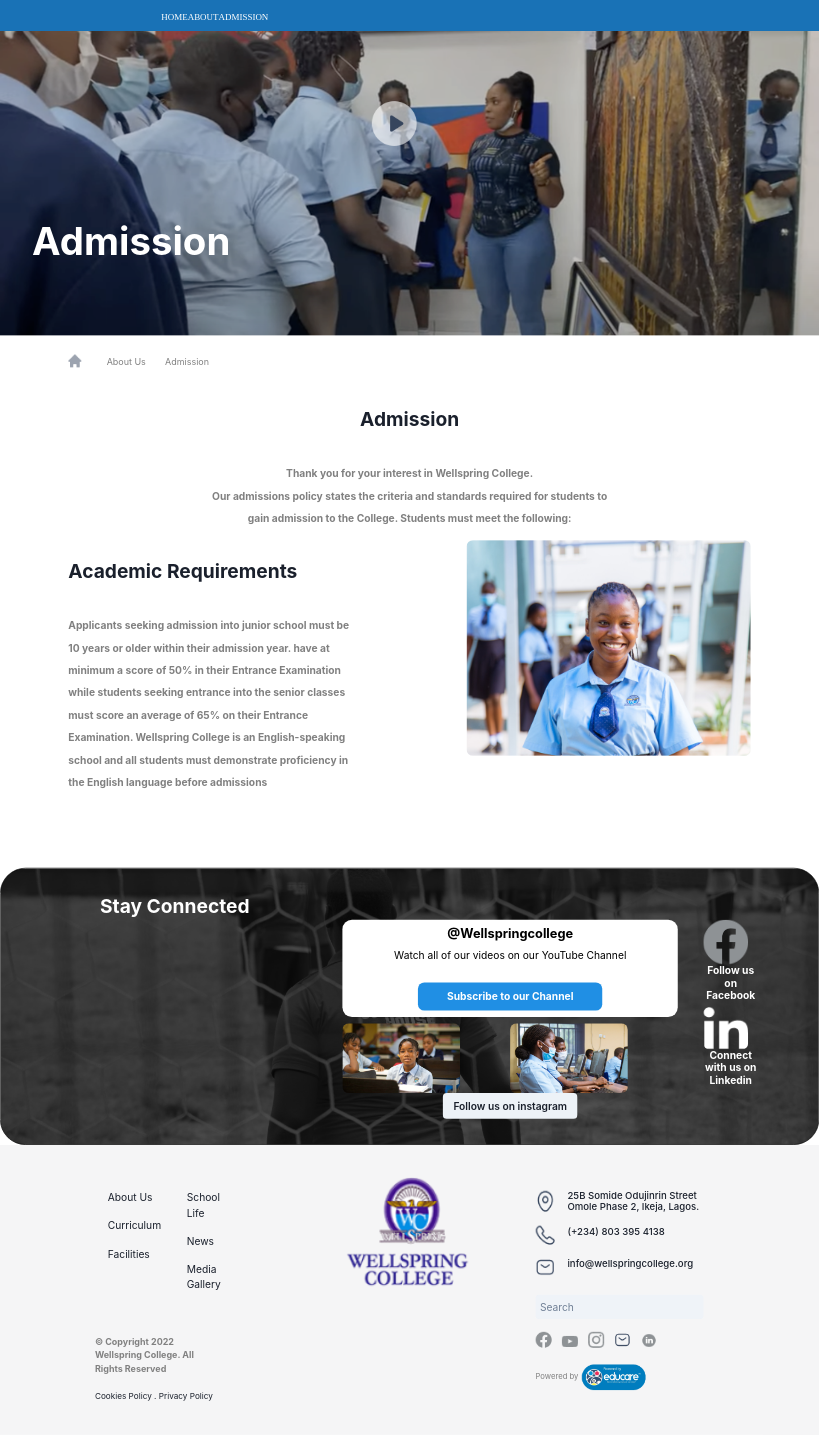
Repository: gr8skills/wellspring-school-forked
Page: /admission
The author's editor kept a copy of each file at every save. The page is drawn from the files as they stood at one save, then again after a run of saves.
The browser window is 1280 px wide. The pictures show the whole page, at 64% of full size.
The project was rebuilt for these pictures with package versions that can differ from the ones it lists, and the page was loaded fresh each time. Also part of the build but not shown: src/components/Navbar/Dropdown.scss, src/components/Navbar/Dropdown.js, src/components/Testimonials/Testimonials.js, src/components/Calendar/Calendar.js, src/components/News/News.js, src/components/WhyWellspring/_why-wellspring.scss, src/components/WhyWellspring/WhyWellspring.js, src/components/AppTab/AppTab.js and 9 more.

Above is the page before, as saved 2022-12-06 19:05:48.

### src/index.css
body {
  /* margin: 0;
  font-family: -apple-system, BlinkMacSystemFont, 'Segoe UI', 'Roboto', 'Oxygen',
    'Ubuntu', 'Cantarell', 'Fira Sans', 'Droid Sans', 'Helvetica Neue',
    sans-serif;
  -webkit-font-smoothing: antialiased;
  -moz-osx-font-smoothing: grayscale; */
}

/* code {
  font-family: source-code-pro, Menlo, Monaco, Consolas, 'Courier New',
    monospace;
} */

### src/App.css
body{
}

.App {
  text-align: center;
    background-color:black;

}

.App-logo {
  height: 40vmin;
  pointer-events: none;
}

@media (prefers-reduced-motion: no-preference) {
  .App-logo {
    animation: App-logo-spin infinite 20s linear;
  }
}


@keyframes App-logo-spin {
  from {
    transform: rotate(0deg);
  }
  to {
    transform: rotate(360deg);
  }
}

### src/components/Navbar/NavBar.module.css


.navCont{
    position: relative;
    /* display: flex; */
    width:25%;
    /* justify-content: space-between; */
    /* margin: 0 auto; */
    /* max-height: 5rem; */
    padding-left:220px;

}

.nav-links{
    font-size:10px !important;
}


.imgCont{
    position: relative;
}

/* .imgContent{
    position: absolute;
    z-index: 1;
    height: 6vw;

} */

/* .btnPortal{
    background-color: #4CA14900;
    color: #fff;
    height: 2.5rem;
    width: 7rem;
    font-size: 18px;
    border-radius: 5px;
    position: relative;
    outline: 0;
    border: 0;
    transition: 1.5s scale linear;
} */

/* .btnPortal:focus{
    outline: 0;
    border: 0;
} */

/* .btnPortal:hover{
    transform: scale(1.02);
    background-color: #4CA149CF;
} */

/* .fIcon{
    width: 30px;
    height: 30px;
    padding: 5px 5px;
    transform: translate(-6px, -1px);
} */

/* @media screen and (max-width: 960px) {
    .navCont{
        position: relative;
        display: flex;
        width: 100%;
        justify-content: space-between;
        margin: 0 auto;
        max-height: 5rem;

    }

    .imgContent{
        position: absolute;
        z-index: 1;
        height: 16vw;

    }

}


 */

### src/components/Navbar/_navbar.scss
@import "../../variables";





.navContainer{
    background:$themecolor;
    min-height: 3rem;
    position: fixed;
    z-index: 1;
    right: 0;
    width: 100%;
    top: 0;
    @media screen and (max-width:620px){
        display:none;
    }
}


.nav-list{
    display: flex;
    max-width: 70%;
    width: 70%;
    justify-content: space-between;
    list-style: none;
    color: #fff;
    font-family: monserat;
    transform: translateY(54%);
    margin: 0 !important;
}

.nav-list li{
    line-height: 25px;
    text-align: center;
    margin: 0;
    font-size: 14px;

}

/* .nav-list li a{
    color: #fff;
} */


.nav-item {
    height: auto;
    justify-content: center;
    display: flex;
}

.menu-icon{
    display: none;
}




.nav-links {
    color: #fff;
    display: flex;
    align-items: center;
    text-decoration: none;
    height: 100%;
    transition: all 0.2s ease-out;

}

.nav-links:hover {
    background-color: #fff;
    text-decoration: none;
    // padding:5px;
    color:$themecolor;
}


@media screen and (max-width: 600px) {
    .ph{
        display: none;
    }

@media screen and (max-width: 960px) {
    .nav-list{
        display: none;
    }
}

    .menu-icon{
        display: block;
    }

    .nav-list{
        display: flex;
        flex-direction: column;
        position: absolute;
        height: 42rem;
        width: 100%;
        max-width: 100% !important;
        top: 48px;
        transform: translateY(4%);
        /* z-index: 999; */
        opacity: 1;
        right: -100%;
        transition: all .5s linear;
    background-color: #4CA149;

    }
.mainMenu li a{
    line-height:20px !important;

}
    .nav-list.active{
        transition: all 0.3s ease-out;
        visibility: visible;
        transition: all .5s linear;
        right: 0;
        /* z-index: 1; */
    }

    .nav-list.active li {
        font-size: 4vw;
        position: relative;
        margin: 30px 0;
    }


    .fa-times{
        position: relative;
        float: right;
        width: 100%;
    }

    .fa-times, .fa-bars{
        font-size: 40px;
        color: #feed00;
        transition: all 1.5ms linear;
        transform: translate(-29px, 17px);

    }
.nav-links{
    display:none;
}
}




@media screen and (min-width: 960px) {
    .wrapper{
        display:none;
    }
}



/*for sidenav*/




.ph:hover{
    background-color:rgb(255, 165, 0) !important;
    opacity:1 !important
}
.wrapper{
    position: absolute;
    top: 50%;
    left: 50%;
    transform: translate(-50%, -50%);

}
.mainMenu{
    width: 250px;
    display: block;
    border-radius: 10px;
    overflow: hidden;
}
.mainMenu a{
  font-size:20px !important;
  font-weight:bold !important;
      font-family: monserat;
      /* margin-bottom:-20px; */
}
.item{
    border-top: 1px solid orange;
    overflow: hidden;
margin: top 0;
line-height: 20px !important;
}
.btn{
    display: block;
    padding: 15px 20px;
    color: #fff;
    position: relative;
    padding-left:5px !important;
    /* text-align:left !important; */

}
.btn:before{
    content: '';
    position: absolute;
    width: 0;
    height: 0;
    border-left: 8px solid transparent;
    border-right:8px solid transparent;
    /* border-top:10px solid rgba(0,128,0,0.9); */
    right: 15px;
    bottom: -10px;
    z-index: 9;

}
.btn i {
    margin-right: 7px;
    margin-left: -5px;
    font-size: 13px;
}
.subMenu{
    /* background:#A3DA8D !important; */
      overflow: hidden;
        /* background:rgba(78,161,73, 0.1)!important; */
        background:rgba(178,161,173, 0.1)!important;

    transition: max-height 0.7s;
max-height: 0;
z-index:300000000 !important;
position:relative !important;

}
.subMenu a{
    display: block;
    /* padding: 5px 10px !important; */
    color: #fff !important;
    font-size: 14px !important;
    border-bottom: 1px solid #394c7f;
    position: relative;
    margin-top:5px !important;


}
.subMenu a:before{
    content: '';
    opacity: 0;
    transition: opacity 0.3s;

}
.subMenu a:hover:before{
    content: '';
    position: absolute;
    height: 0;
    width: 6px;
    left: 0;
    top:0;
    opacity: 1;
    /* background-color: #d8d824; */
    border-top: 24px solid transparent;
    border-left: 11px solid #ffffff;
    border-bottom: 24px solid transparent;
}
.subMenu a:after{
    content: '';
    opacity: 0;
    transition: opacity 0.3s;

}
.subMenu a:hover:after{
    content: '';
    position: absolute;
    height: 0;
    width: 6px;
    right: 0px;
    top:0;
    opacity: 1;
    /* background-color: #d8d824; */
    border-top: 24px solid transparent;
    border-right: 11px solid #ffffff;
    border-bottom: 24px solid transparent;
}
.subMenu a:hover{
   background-color:orange;
    transition: all 0.3s;
    border-bottom: 2px solid #394c7f;
}
.subMenu a:last-child{
    border:none;
}
.item:target .subMenu{
    max-height: 300px;
        /* transition: max-height 0.7s !important; */

}

.login{
  background-color:#ED2f59;
  padding:5px 14px 5px 14px !important;
  border-radius:5px;
margin-right:55px;
margin-left:30px;
font-family: 'Poppins', sans-serif;

  }



.portal{
  background-color:rgb(221, 156, 35);
  /* padding:7px; */
  width:120px;
  margin-left:50px;
  border-radius:5px;
 padding:7px !important;
 font-size:5px !important;
 color:white !important;
    /* padding-bottom:6px !important; */
  margin-top:20px !important;
   font-size:11px !important;
      text-decoration: none;

  }

  .portal a{

  }

### src/components/Footer/_footer.scss
@import "../../shared-styles";
@import "../../variables";



.footer-container{
    padding:50px;
    height:fit-content;
    background-color:#F5F5F6;
    ul li{
        margin:20px;
    }
    .footer-contacts{
        img{width:30px; margin-right:20px}
        h1{margin-top:20px;
        font-size:15px;}
    }
    .footer-links{
        p{margin-top:30px;
        font-size:14px;
    color:grey;
font-weight:bold;
margin-bottom:20px;}
    }
    ol li{
       width:33px;
       img{
        width:25px !important;
        margin-top:20px;
       }
    }
    .educare{
        margin-top:20px;
        p{font-size:12px;
        color:grey;
    margin-top:10px;
margin-right:5px;}
            img{width:100px;}

    }
}

### src/pages/AboutUs/_about-us.scss
@import "../../shared-styles";
@import "../../variables";


.holder2 {
  position: relative;
  img{border-radius: 10px;}
    // background-image: url("../../assets/orange-arrow2.png");
  // background-repeat: no-repeat;
  // background-size: 60px;
  // background-position: 50% 50%;
  // position: relative;
  // z-index:10000000;
  // display:none;

}

/* Make the image to responsive */
.image {
  display: block;
  width: 100%;
  height: auto;
}

/* The overlay effect - lays on top of the container and over the image */
.overlay2 {
  position: absolute;
 bottom:134px;
  color: #f1f1f1;
  width: 60%;
  opacity:1;
  color: white;
  font-size: 27px !important;
  // padding: 40px ;
  text-align:center !important;left:10%;
  @media screen and (max-width:620px){
    left:16%;
     font-size: 30px !important;
  }



}
@media screen and (max-width:620px){
  .link-imgs{
    padding:20px;
  }
  .holder2{
        margin-top:20px;

  }.holder-up{
        margin-top:-70px;

  }
}

### src/pages/ProprietorMessage/_message.scss
@import "../../shared-styles";
@import "../../variables";


.message{
  span{color:$themecolor2;}
  strong{font-size:20px;
  color:rgb(98, 97, 97);}
  .message-paragraph{margin-left: 30px; margin-top: 98px;
  @media screen and (max-width:620px){
    margin-left: 0px;
  }
  }
  img{border-radius:10px;}
}

### src/pages/Vision/_vision.scss
@import "../../shared-styles";
@import "../../variables";


.vision{
  img{
    height:10px;
    width:10px;
    margin:17px 10px;
  }
  ul li{
   line-height:45px;
  }
  ul{
    margin-right:50px;
       margin-bottom:40px;

  }
}

### src/pages/Discipline/_discipline.scss
@import "../../shared-styles";
@import "../../variables";


.discipline{
 p{margin-bottom:140px;}
}

### src/pages/SchoolSong/_school-song.scss
@import "../../shared-styles";
@import "../../variables";


.school-song{
 p{margin-bottom:140px;
line-height: 55px;}
}

### src/pages/TeachingTeam/_teaching-team.scss
@import "../../shared-styles";
@import "../../variables";


.school-song{
 p{margin-bottom:140px;
line-height: 55px;}
}

### src/pages/Admission/_admission.scss
@import "../../shared-styles";
@import "../../variables";


.videoIcon{
    margin-left:45%;
    margin-bottom:10%;
 img{
    height:70px;
    width:70px;


 }
}
.admission{
    .page-body{text-align:center}
}

### src/_variables.scss
$themecolor:#1972B6;
$themecolor2:rgb(32,143,228);

### src/components/Testimonials/_testimonials.scss
@import "../../variables";
@import "../../shared-styles";




.testimonial{
    margin-top:100px;
    small{
font-weight:bold;}
.testimonial-massage{
 margin-top:80px;

    margin-left:60px;
    p{line-height:35px;
    margin-top:40px;
    }

}
strong{font-size:20px;
background-color:$themecolor2;
color:white;
padding:2px 7px;
margin-left: 10px;
border-radius:3px}
}
 .carousel {
    position: relative;
    z-index: 0;

}
.carousel-inner {
    position: relative;
    width: 100%;
    overflow: hidden;
          border-radius:20px !important;;

}

.carousel-indicators > button.active {
    opacity: 1;
    max-width: 14px !important;
    max-height:14px  !important;
    min-width: 14px !important;
    min-height:14px  !important;
    background-color: green !important;
    border-color: #fff !important;
    outline: none;
    border: none;
    border-radius: 7px !important;

}

.carousel-indicators button{
    max-width: 14px !important;
    max-height: 14px !important;
    min-width: 14px !important;
    min-height: 14px !important;
    margin: 3px 5px !important;
    border-radius: 7px !important;
    background-color: red!important;
    border: 1px solid #fff !important;
    transition: all .5s linear ;

}

.carousel-indicators button:focus{
        outline:0;
        border-color: #4287BD;
}
.carousel-indicators  {
    position: absolute;
    right: 0;
    bottom: 10px;
    left: 0;
    z-index: 15;
    display: flex;
    flex-direction: row;
    height: 100%;
    justify-content: center;
    padding-left: 0;
    margin-right: 0;
    margin-left: 1vw;
    list-style: none;
    outline: none;
    border: none;
}

.carousel-control-next {
 left: 9vw;
     transform: rotate(180deg);
    position: absolute;
    margin-top: 35% !important;
    justify-content: right !important;
    height: 10px;
    width: 18px !important;
    font-size: 50px;

}
.carousel-control-prev {
    left: 1.5vw;
    transform: rotate(180deg) !important;
    position: absolute;
    margin-top: 35% !important;
    justify-content: right !important;
    height: 10px;
    font-size: 50px;
    width: 20px !important;

}
.carousel-control-prev::after{
    content: url('../../assets/arrow-right.png');

    z-index: 10000000000;
    margin-right: 70px;
    width: 20px;
    height: 80px;
}
.carousel-control-next::after{
    content: url('../../assets/arrow-left.png');
    font-size: 54px;
    z-index: 1000000000000000000000000000;
    position:relative;
    right: 0 !important;
    width: 20px;
    height: 80px;

}

### src/_shared-styles.scss
@import "./variables";


@media screen and (max-width:620px){
    .flexyM{
        display:flex;
    }
    .side-menu{
        display:none !important;
    }
    .page-body{padding:20px;}
}
@media screen and (min-width:620px){
    .flexy{
        display:flex;
    }
    .spread{
        display:flex;
    }
}

.side-menu{
    height:fit-content;
    padding:40px;
    background-color:#F9FAFA;
    border-radius: 10px;
    ul li{
        line-height:60px;
       &:hover{
        color:$themecolor2 !important;
       }
    }
   .active{color:$themecolor2 !important;}
}



* {box-sizing: border-box}

/* Container needed to position the overlay. Adjust the width as needed */
.holder {
  position: relative;
  width: 100%;
}

/* Make the image to responsive */
.image {
  display: block;
  width: 100%;
  height: auto;
}

/* The overlay effect - lays on top of the container and over the image */
.overlay {
  position: absolute;
  bottom: 60px;

  color: #f1f1f1;
  width: 100%;
  opacity:1;
  color: white;
  font-size: 20px;
  padding: 50px;
  text-align:left;
}

.home-icon{
    height:20px;
    width:20px;
    margin-right:40px;
}
.breadcrumb{
margin-top:30px;
p{color:grey; font-size:14px; margin-right:30px}
}
.page-body{
  p{font-weight:700;
  color:grey;
line-height:35px}
}
.br{
  border-radius:10px
}

### src/components/AppButton/_app-button.scss
@import "../../shared-styles";
@import "./overides";
@import "../../variables";

.app-button{
    background-color:$themecolor2;
    color:white;
    padding:10px 45px;
    font-weight:bold;
    border-radius:10px;
}

### src/components/Calendar/_calendar.scss
@import "../../shared-styles";
@import "../../variables";



.calendar-container{
            text-align:center;
border-right:solid 1px rgb(202, 200, 200);
    .calendar-box{
background-color:$themecolor2;
height:100px;
width:110px;
border-radius: 10px;
color:#fff;
    text-align: center;
    padding:10px 0;
margin-left:40px;
margin-bottom:30px;

    }
    p{
        color:grey;
        margin-top:20px;
    }
    .calendar-day{
        font-size:35px;
    }
    .calendar-description{
        font-size:20px;
        text-align:center;
    }
}

### src/components/News/_news.scss
@import "../../shared-styles";
@import "../../variables";
.news-container{
    .news-img{
     margin-bottom:40px;
     margin-top:40px;

    }
    img{
        width:100%;
        border-radius: 10px;


    }
    .news-description{
        margin-left:30px;
        h6{
            color:grey;margin-top:40px;
        }
        p{line-height: 35px;
        font-size:20px;
    }
    }
    .read-more-link{
        color:$themecolor;
        margin-top:50px;
    }
}

### src/components/AppTab/_app-tab.scss
@import "../../shared-styles";
@import "./overides";
@import "../../variables";

### src/components/Form/_form.scss
@import "../../shared-styles";
@import "../../variables";
@import "./overides";

### src/components/SearchBar/_search-bar.scss
.visually-hidden {
    clip: rect(0 0 0 0);
    clip-path: inset(50%);
    height: 1px;
    overflow: hidden;
    position: absolute;
    white-space: nowrap;
    width: 1px;
}

input{
    background-color: rgb(239, 243, 248) !important;
    padding:7px !important;
    margin-top:20px !important;border-radius: 5px !important;
}

### src/components/StayConnected/_stay-connected.scss

.connected{
    margin-top:100px;
 border:solid 1px black;
  background-image: url("../../assets/connected-bg.png");
  background-repeat: no-repeat;
  background-size: cover;
  padding: 40px 10px;
  color:white;
  border-radius:40px;
  // margin-right:30px;
  // margin-left:60px;
  text-align:center;
      .channel{
        background-color:white;
        color:black;
        padding:10px 20px;
        height:fit-content;
        border-radius: 15px;
        margin-top:40px;
      }
      img{width:70%;
    height:100%;
  border-radius:10px;
}
}

.socials{
    margin-top: 40px;
    padding-left: 40px;
    text-align:center !important;
    img{
        width:70px !important;
    }
    .linked{
        background-color:grey;
         width:100px !important;
        border-radius: 50%;
        padding:20px;
    }
}

### src/components/AppButton/_overides.scss
@import "../../variables";



.css-jut409{
    background-color:$themecolor;
    padding:100px !important;
}

### src/components/AppTab/_overides.scss
@import "../../variables";


.css-1uw5bnh{
//    box-shadow:0 0 10px 10px rgb(30,130,205);
   border:solid 10px rgb(30,130,205);
   border-radius:10px
}
.css-qycpmy{
    color:rgb(30,130,205);
    background:#fff;
    width:100%;
    border-right:solid 1px $themecolor2;
}

### src/components/Form/_overides.scss
.css-1kp110w{
    background-color:#fff !important;
    padding:30px !important;
    color:grey;
    margin-top:40px;
    border:none !important;
        box-shadow: 0 0 1px 1px #fff !important;

}

.css-1om0uuh {
      background-color:#fff !important;
    margin-top:40px;
    margin-bottom:20px;
    height:300px !important;
        box-shadow: 0 0 1px 1px #fff !important;

}

Loaded but not shown: public/index.html (common file); src/index.js (common file); src/reportWebVitals.js (common file); src/components/Navbar/Navbar.js (299 lines, source omitted); src/components/Footer/Footer.js (113 lines, source omitted); src/pages/Admission/Admission.js (75 lines, source omitted); src/components/StayConnected/StayConnected.js (75 lines, source omitted); src/App.js (38 lines, source omitted); src/components/Navbar/MenuItems.js (31 lines, source omitted); src/components/SearchBar/SearchBar.js (15 lines, source omitted); src/components/AppButton/AppButton.js (9 lines, source omitted); src/pages/Home/_home.scss (321 lines, source omitted)

After the next 4 saves:
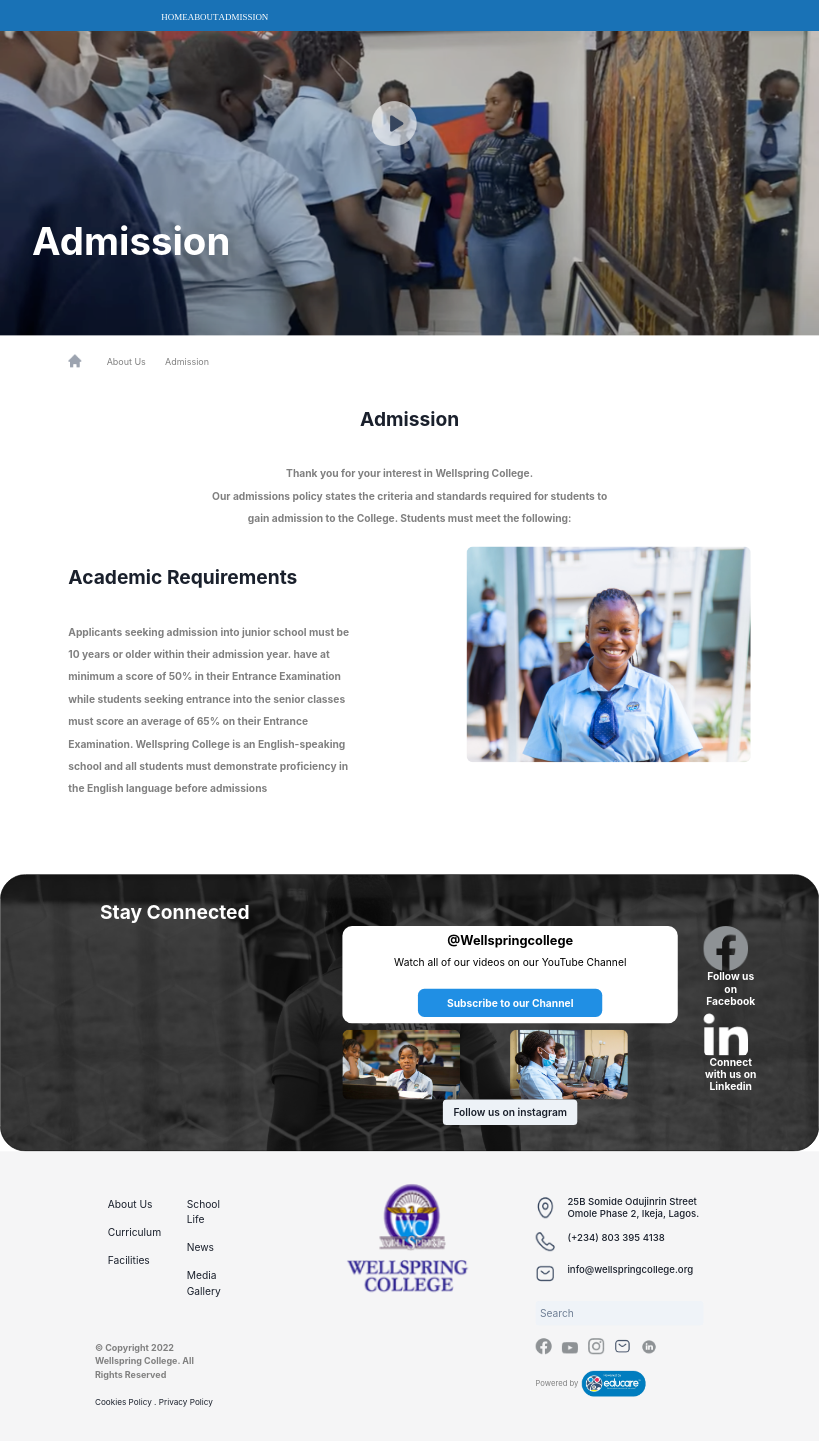
The 4 saves are shown as one change because 2 did not build or start and some came seconds apart.
The last was saved 24 s later.
--- a/src/_shared-styles.scss
+++ b/src/_shared-styles.scss
@@ -81,3 +81,6 @@
 .br{
   border-radius:10px
 }
+.mt{
+  margin-top:10px;
+}

After the 5 saves that followed:
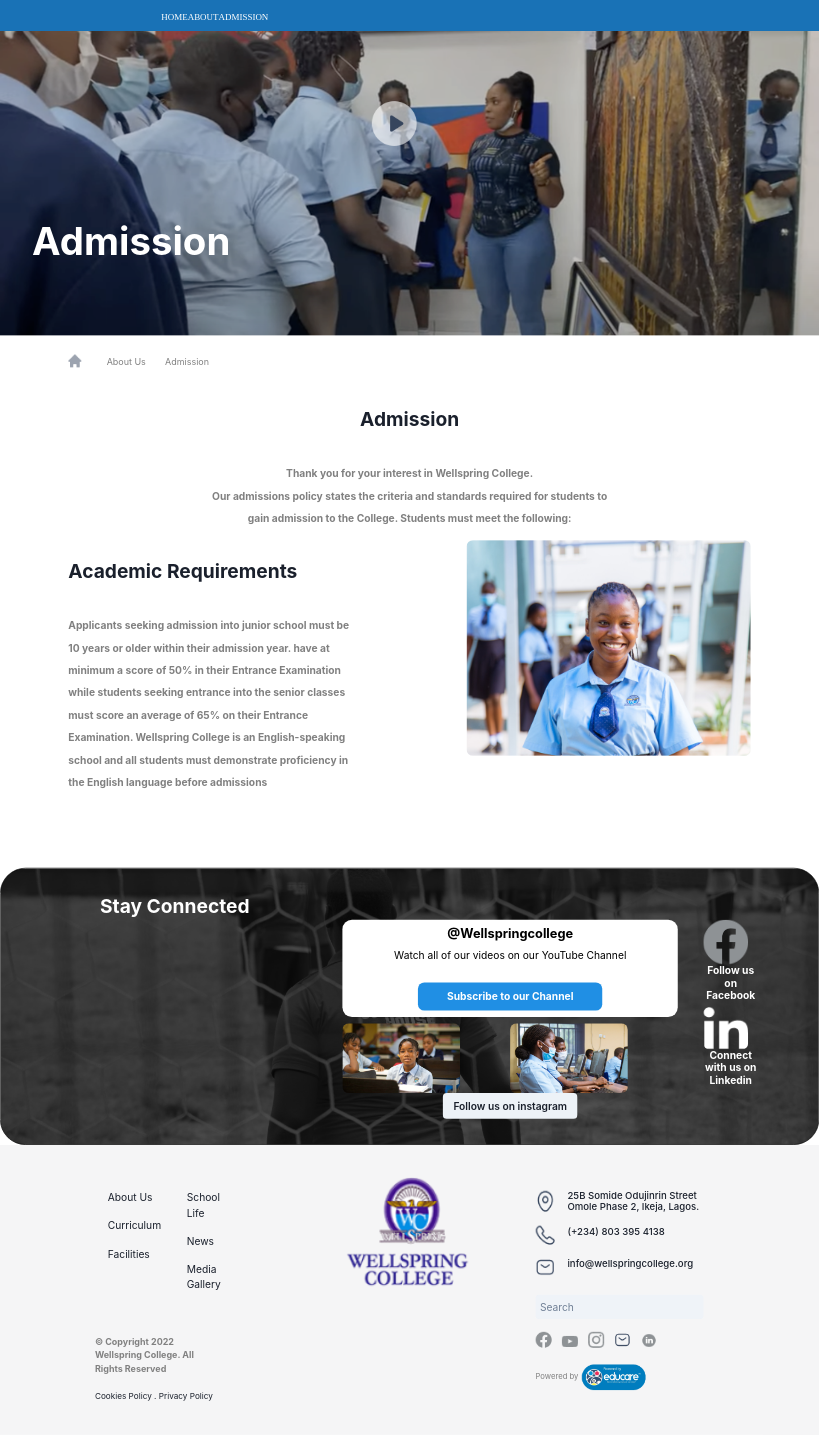
The 5 saves are shown as one change because 2 left the picture as it was and some came seconds apart.
The last was saved 24 s later.
--- a/src/_shared-styles.scss
+++ b/src/_shared-styles.scss
@@ -81,6 +81,12 @@
 .br{
   border-radius:10px
 }
-.mt{
+.mt1{
+  margin-top:10px;
+}.mt2{
+  margin-top:10px;
+}.mt3{
+  margin-top:10px;
+}.mt4{
   margin-top:10px;
 }
